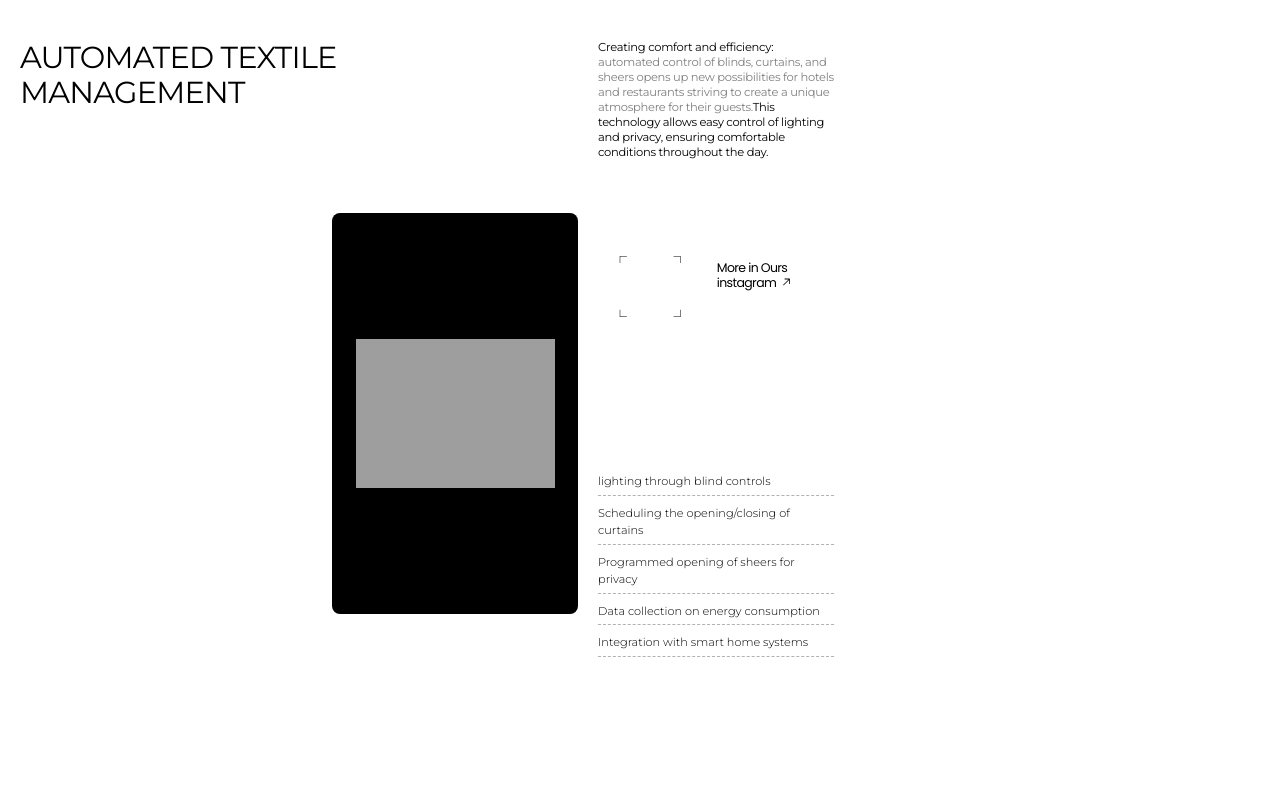
Repository: nikhilsinghrathore1/Shery_02
Page: /
An editor plug-in stored every save of this project. The page is shown before and after the next save, followed by the edit.
The browser window is 1280 px wide. The pictures show the part of the page from y = 5688 to 6500 px (the page is 8896 px tall).
Pictures or frames that could not be fetched are drawn as grey boxes. The project was rebuilt for these pictures with package versions that can differ from the ones it lists, and the page was loaded fresh each time. Also part of the build but not shown: vite.config.js.

Above is the page before, as saved 2024-07-20 12:23:40.

After the next save:
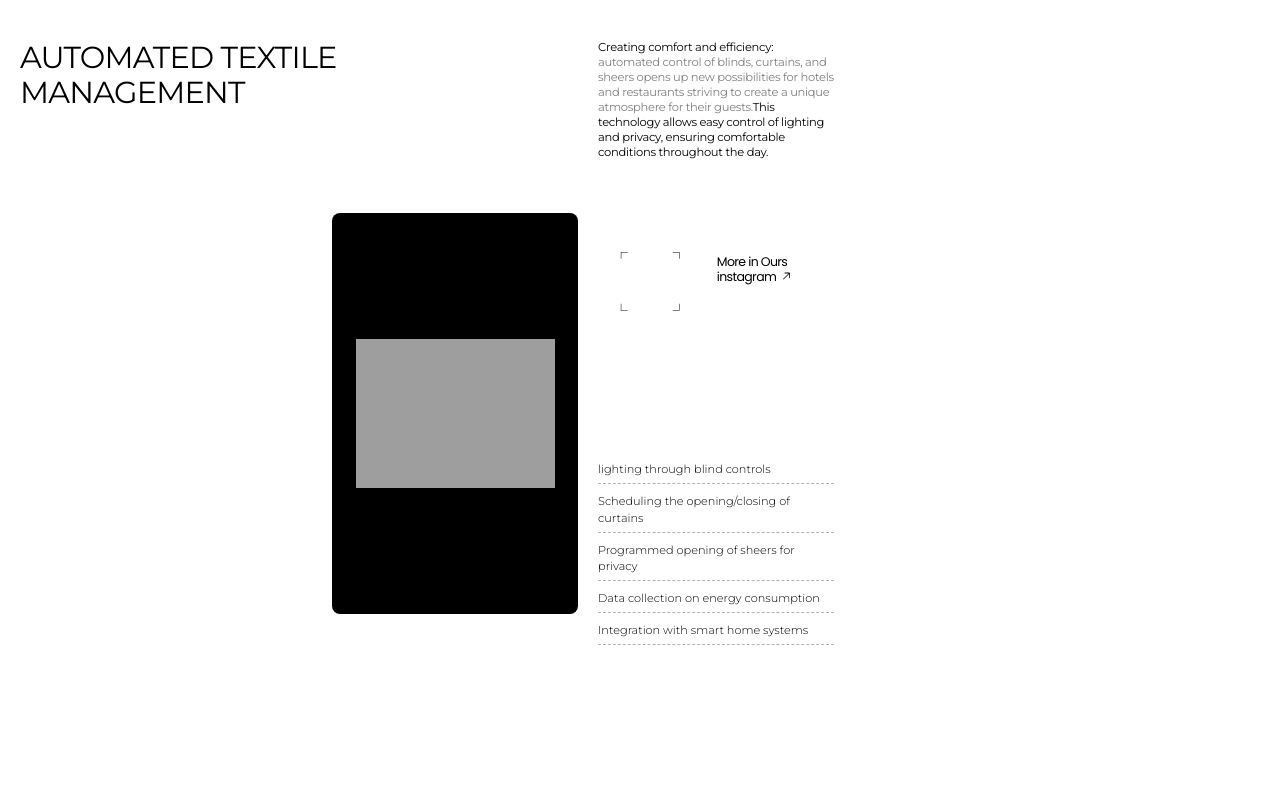
Saved 7 s later.
--- a/src/pages/Landing.jsx
+++ b/src/pages/Landing.jsx
@@ -187,7 +187,7 @@ const Landing = () => {
                                   </div>
                                   {/* this is the second section  */}
 
-                                  <div className='w-[24%] h-[80%] pb-20   pl-5'>
+                                  <div className='w-[24%] h-[78%] pb-20   pl-5'>
                                               <div className='w-full h-full flex flex-col justify-between  '>
                                                 {/* this is the text line  */}
                                                 <p className='text-[11.5px] w-[86%] tracking-tight f1 leading-[15px]'>Creating comfort and efficiency: <span className='opacity-50'>automated control of blinds, curtains, and sheers opens up new possibilities for hotels and restaurants striving to create a unique atmosphere for their guests.</span>This technology allows easy control of lighting and privacy, ensuring comfortable conditions throughout the day.</p>
